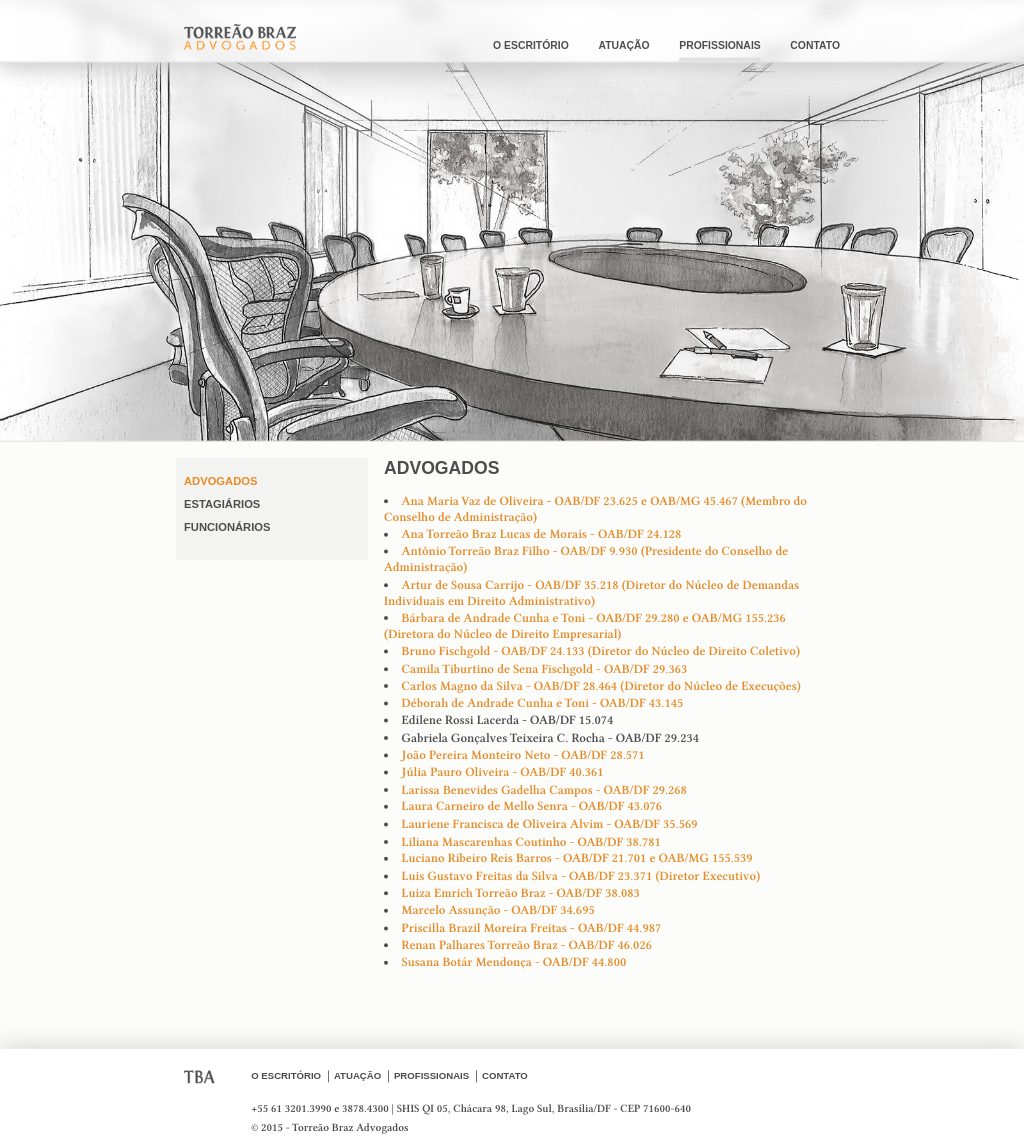
Repository: flira/torreao-braz
Page: dev/profissionais.html
The author's editor kept a record of every edit. The page is drawn from the files as they stood at one moment, then again after the next edit.
The browser window is 1280 px wide. The pictures show the whole page, at 80% of full size.
Some web libraries are served in a nearby version.

Above is the page before.

After the next edit:
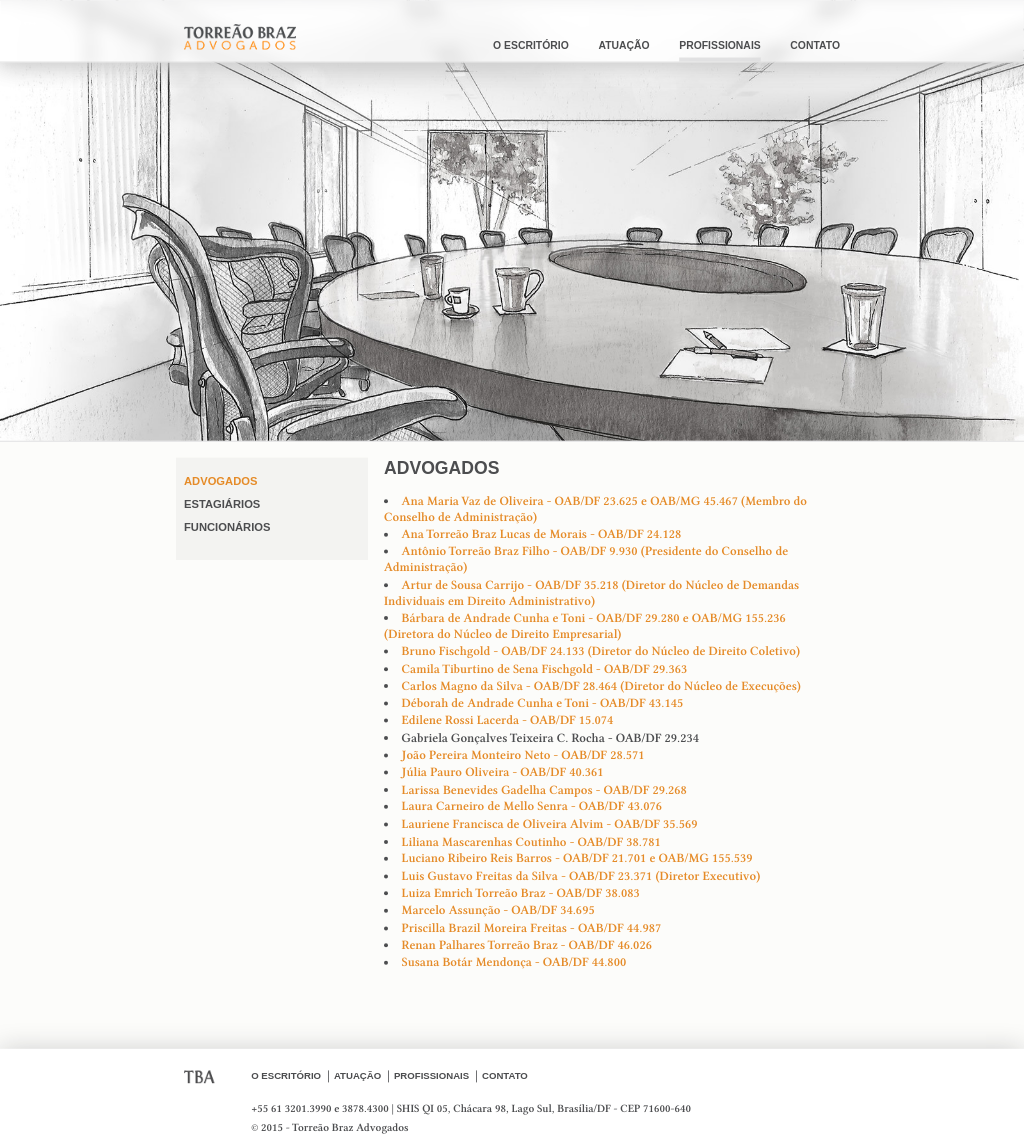
The edit:
--- a/dev/profissionais.html
+++ b/dev/profissionais.html
@@ -180,7 +180,7 @@
                 </div>
             </li>
             <li class="accordion">
-              <span>Edilene Rossi Lacerda - OAB/DF 15.074</span>
+              <a href="#" class="portfolio">Edilene Rossi Lacerda - OAB/DF 15.074</a>
                 <div>
                   <div class="content">
                     <a href="mailto:edilene@torreaobraz.com.br" class="email">edilene@torreaobraz.com.br</a>
